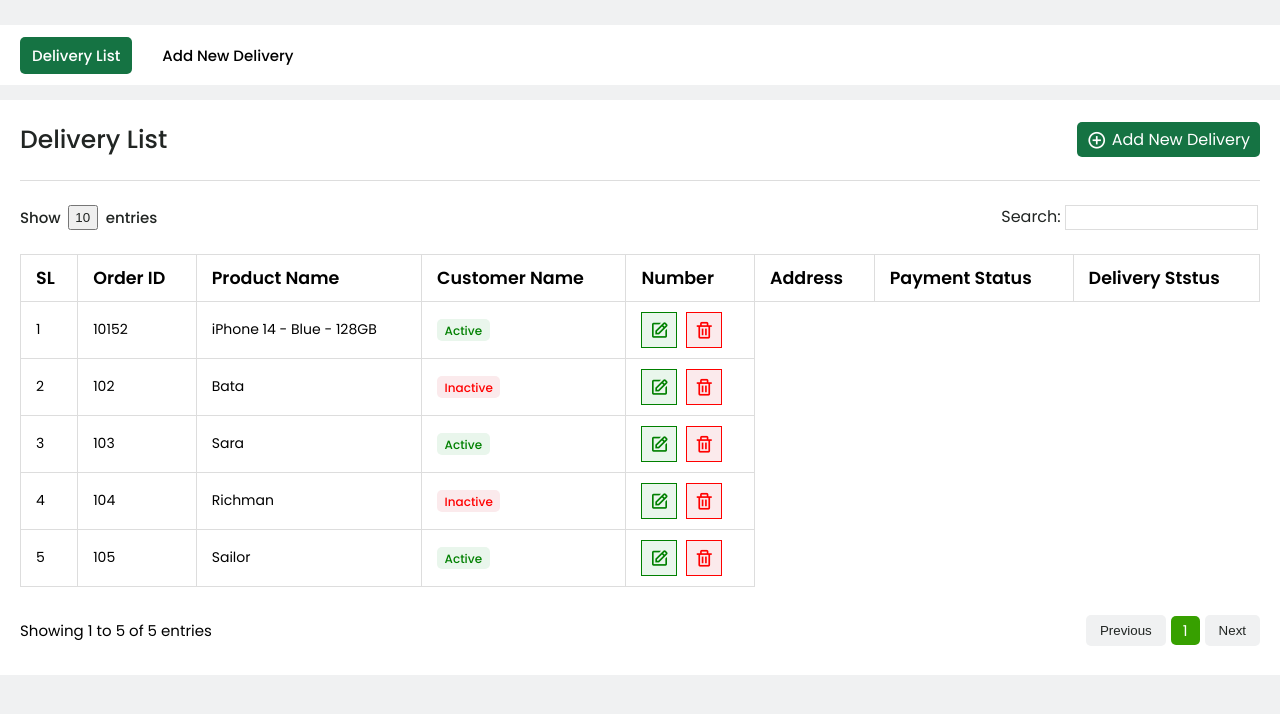
Repository: codebyaddro/delivery-page
Page: delivery.html
The author's editor kept a copy of each file at every save. The page is drawn from the files as they stood at one save, then again after a run of saves.
The browser window is 1280 px wide. The pictures show the whole page.

Above is the page before, as saved 2025-02-27 13:54:53.

After the next 9 saves:
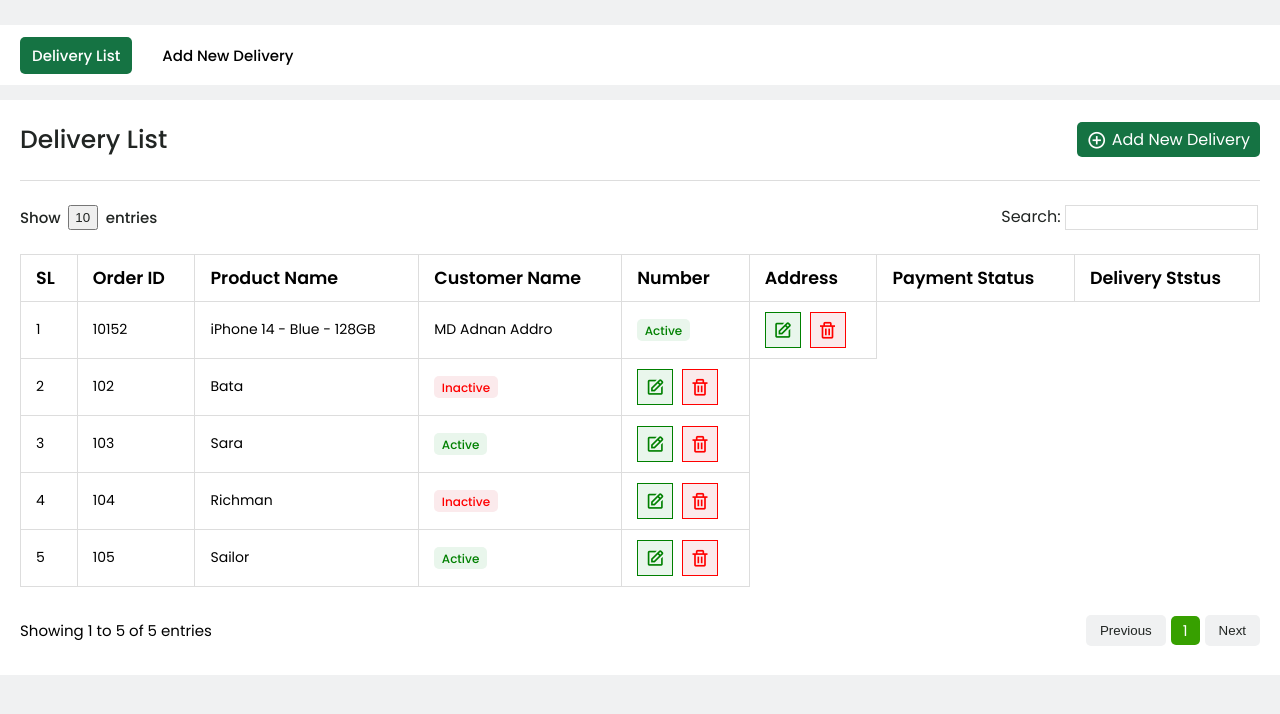
The 9 saves are shown as one change because they came seconds apart.
The last was saved 24 s later.
--- a/delivery.html
+++ b/delivery.html
@@ -59,6 +59,7 @@
                             <td>1</td>
                             <td>10152</td>
                             <td>iPhone 14 - Blue - 128GB</td>
+                            <td>MD Adnan Addro</td>
                             <td><span class="active">Active</span></td>
                             <td>
                                 <a title="Edit" href="#"><i class='edit-icon bx bx-edit'></i></a>
